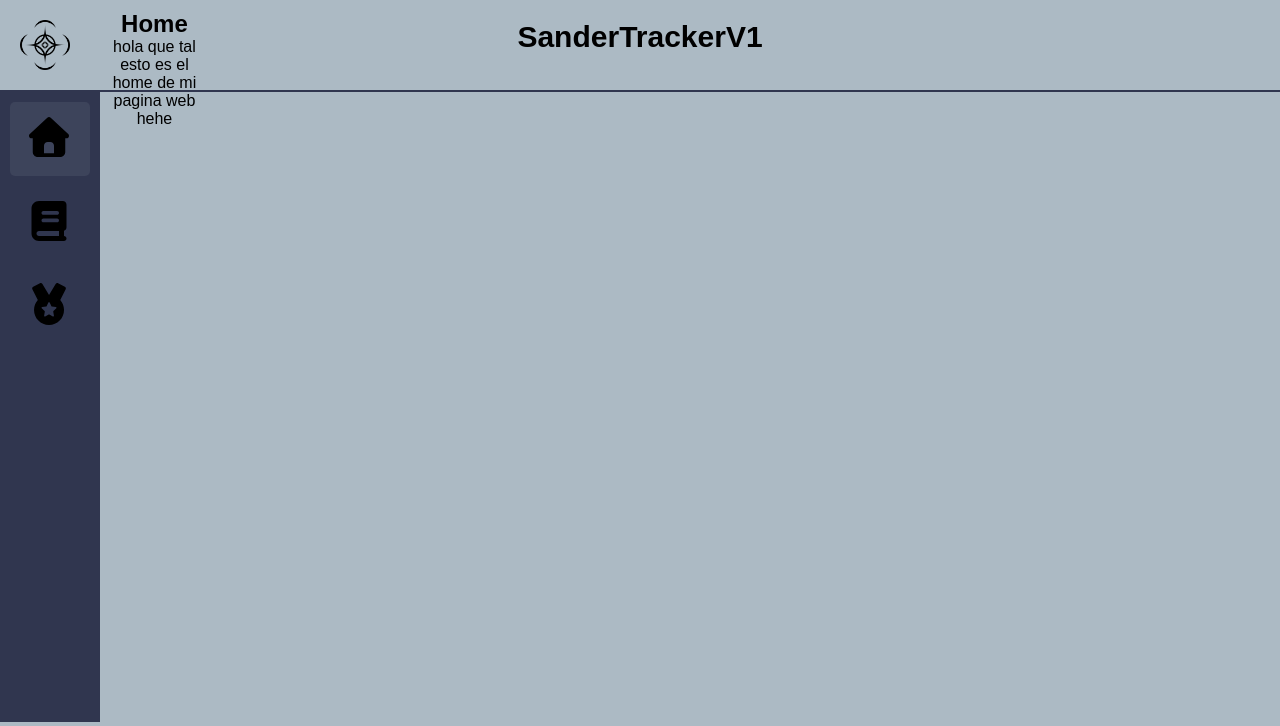
Repository: iocolopus/learn_web
Page: sandertracker_1/index.html
An editor plug-in stored every save of this project. The page is shown before and after the next save, followed by the edit.
The browser window is 1280 px wide. The pictures show the whole page.

Above is the page before, as saved 2026-02-18 20:54:02.

After the next save:
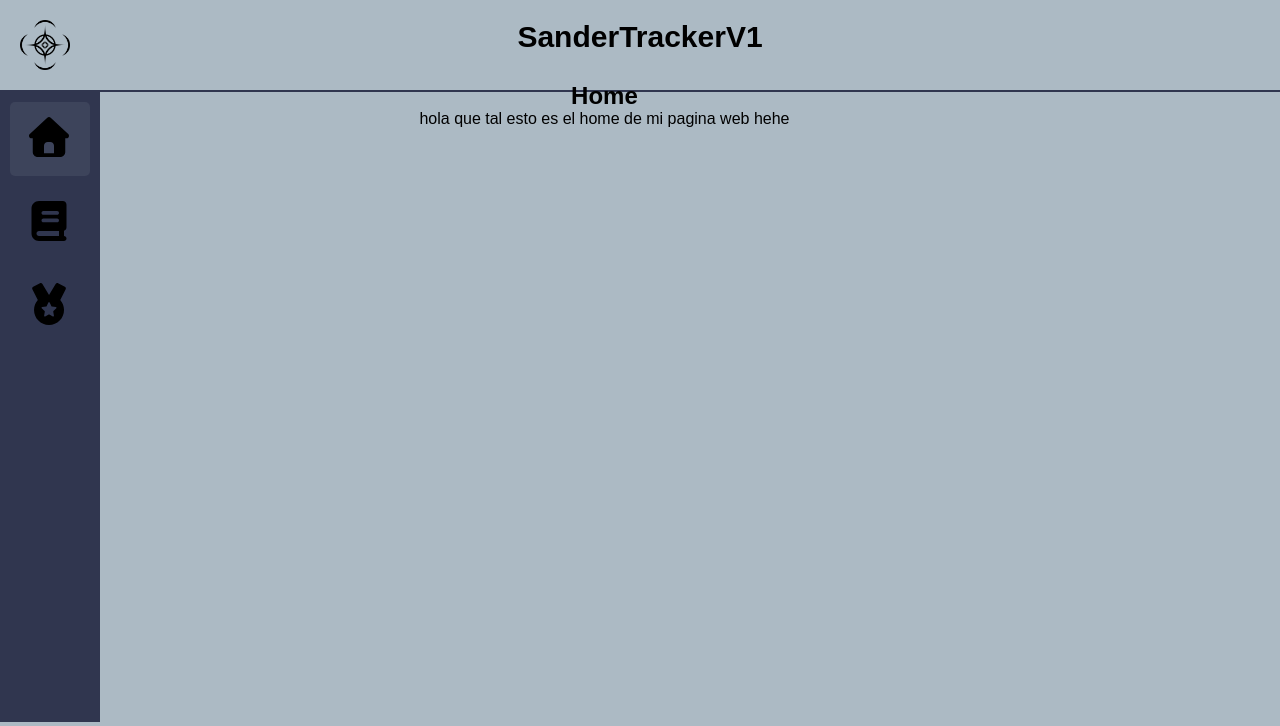
Saved 5 s later.
--- a/sandertracker_1/styles_section.css
+++ b/sandertracker_1/styles_section.css
@@ -5,6 +5,6 @@ section {
 section.inSection {
     text-align: center;
     display: inline-block;
-    width: 100px;
+    width: 1000px;
     transform: translateY(-83vh);
 }
